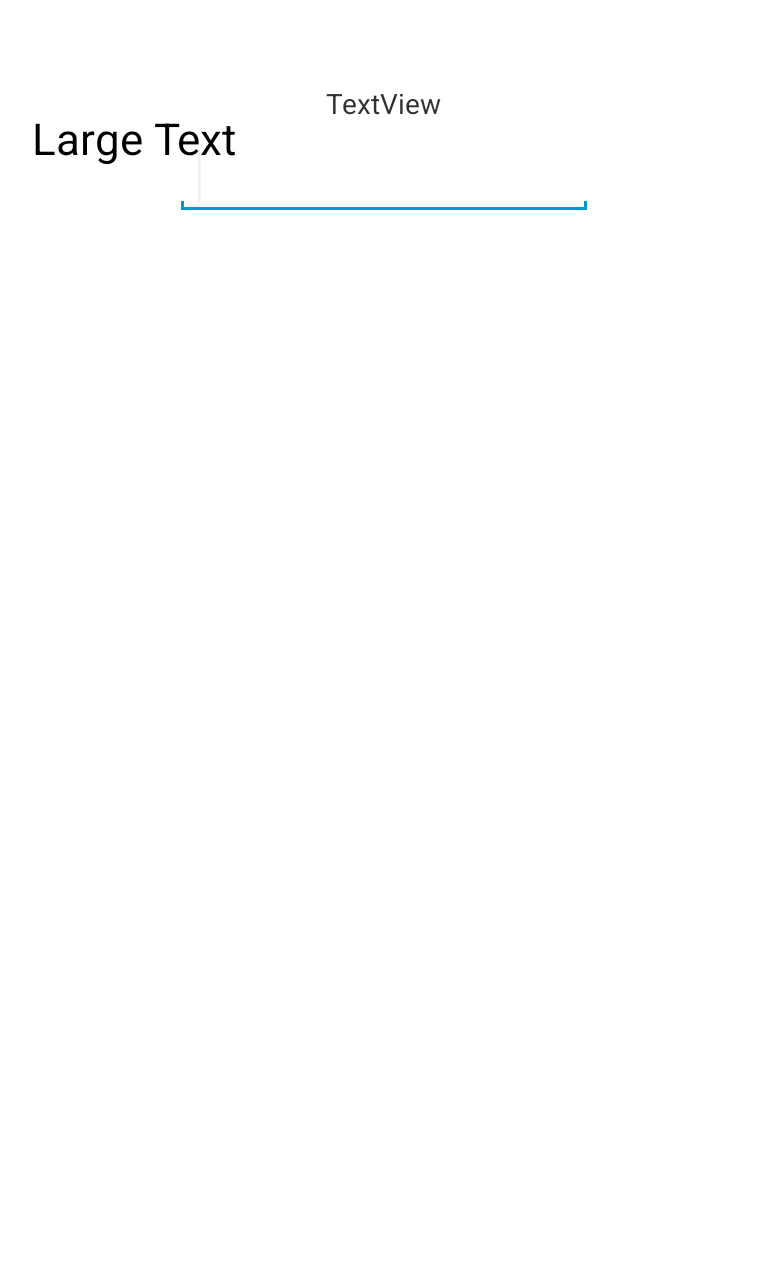
Repository: worxli/DS-Assigment3
Layout: VS-lukasbi-capitalize/res/layout/activity_main.xml
The author's editor kept a copy of each file at every save. The layout is drawn from the files as they stood at one save, then again after the next save.
It is drawn on a 768 x 1280 px phone screen (xhdpi) without system bars, with theme AppTheme; the app's code is not run.

Above is the layout before, as saved 2013-10-31 10:10:53.

After the next save:
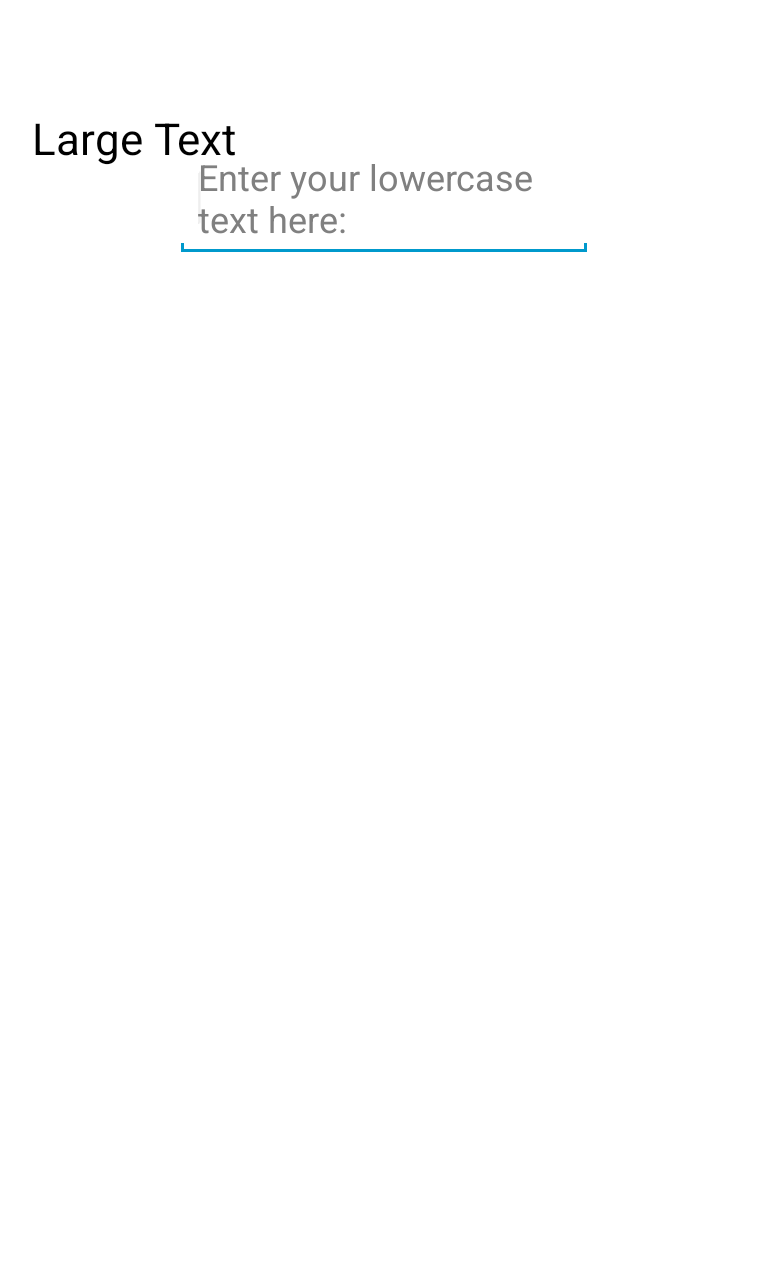
Saved 103 s later.
--- a/VS-lukasbi-capitalize/res/layout/activity_main.xml
+++ b/VS-lukasbi-capitalize/res/layout/activity_main.xml
@@ -15,19 +15,11 @@
         android:layout_alignParentTop="true"
         android:layout_centerHorizontal="true"
         android:layout_marginTop="53dp"
+        android:hint="@string/info"
         android:ems="10" >
 
         <requestFocus />
     </EditText>
-
-    <TextView
-        android:id="@+id/info"
-        android:layout_width="wrap_content"
-        android:layout_height="wrap_content"
-        android:layout_alignParentTop="true"
-        android:layout_centerHorizontal="true"
-        android:layout_marginTop="26dp"
-        android:text="TextView" />
 
     <TextView
         android:id="@+id/textView2"
